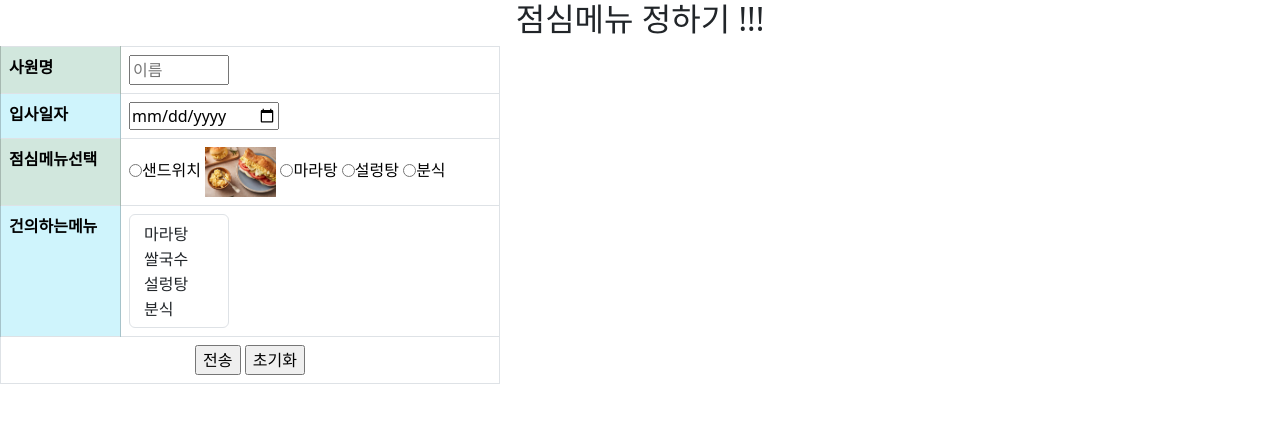
Repository: GANADAG/jspProject
Page: http://localhost/JspProject/day0228_1/qiuzForm_03.jsp
The author's editor kept a copy of each file at every save. The page is drawn from the files as they stood at one save, then again after the next save.
The browser window is 1280 px wide. The pictures show the whole page.
Some web fonts or font styles are not loaded; a fallback is used. The page is served by Tomcat 9.

Above is the page before, as saved 2024-02-28 07:55:18.

After the next save:
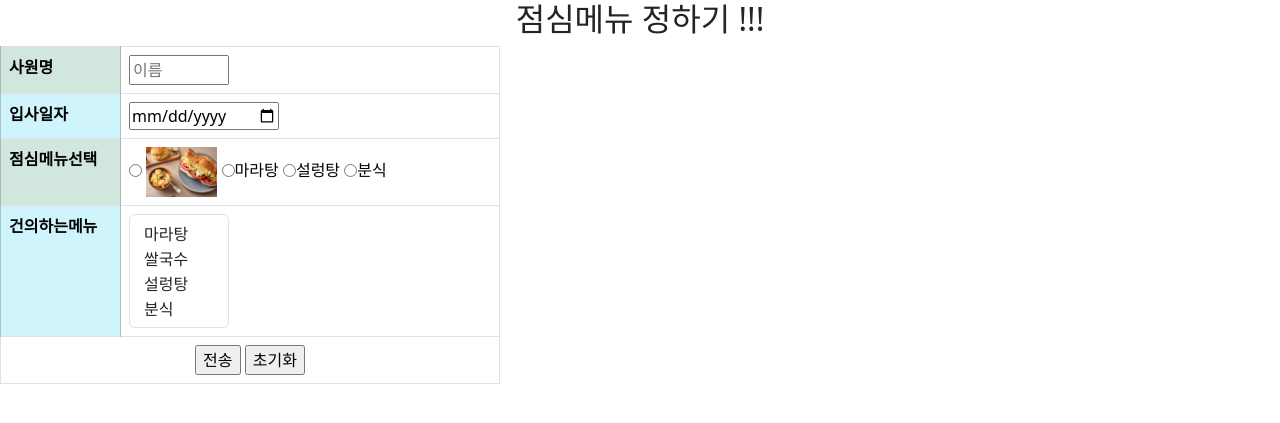
Saved 8 s later.
--- a/JspProject/src/main/webapp/day0228_1/qiuzForm_03.jsp
+++ b/JspProject/src/main/webapp/day0228_1/qiuzForm_03.jsp
@@ -34,7 +34,7 @@
 			<tr>
 		 		<th width="120"  class="table-success">점심메뉴선택</th>
 		 		<td>
-		 			<input type="radio" name="radio" id="radio1"  >샌드위치
+		 			<input type="radio" name="radio" id="radio1">
 		 			 <img src="../image/Food/1.jpg" alt="Food Image"  wigth:"50" height="50"  >
 		 			<input type="radio" name="radio" >마라탕
 		 			<input type="radio" name="radio" >설렁탕
